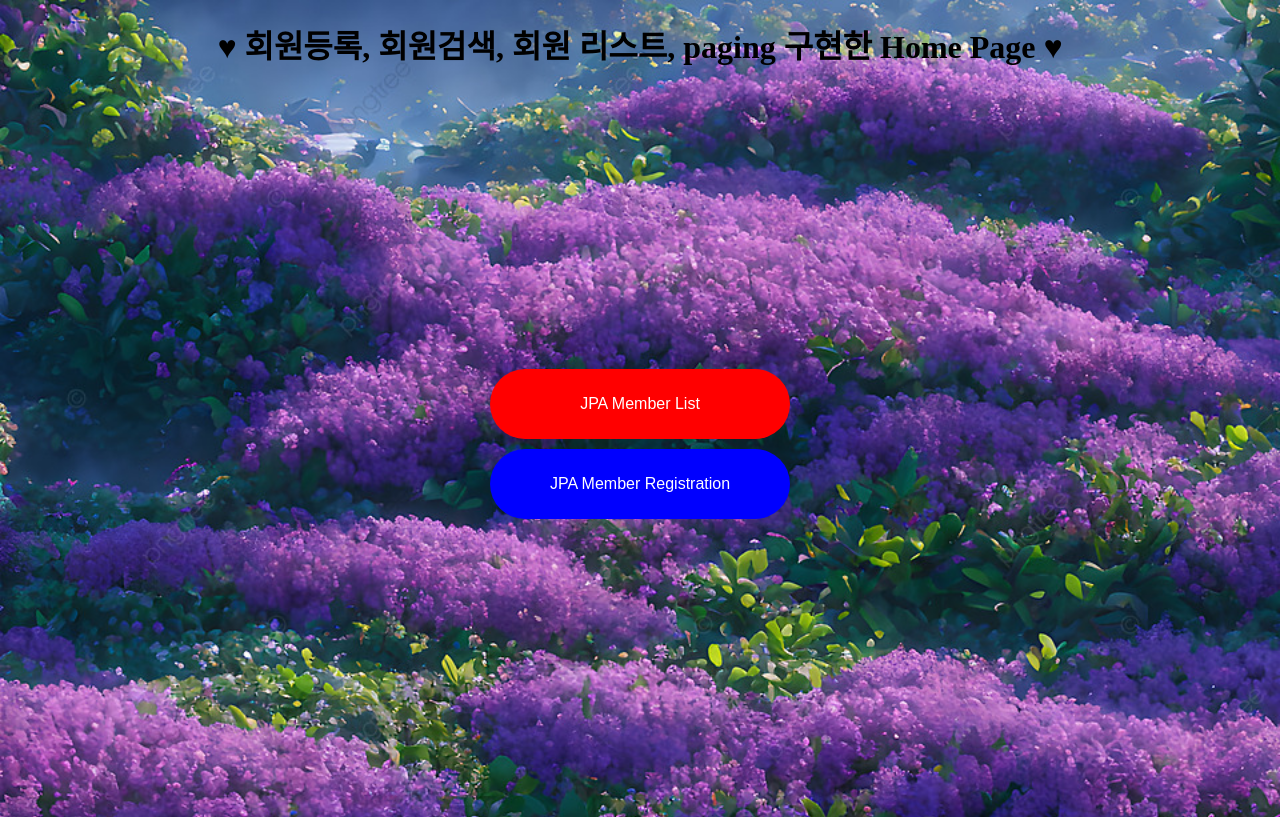
Repository: leejinwon-bite/Gseek-jpa-education
Page: http://localhost/thymeleaf/index
The author's editor kept a copy of each file at every save. The page is drawn from the files as they stood at one save, then again after the next save.
The browser window is 1280 px wide. The pictures show the whole page.
The page is this project's Thymeleaf template; nobody is signed in. The template is opened directly, without the code that normally fills it, so the values that code supplies are empty.

Above is the page before, as saved 2025-02-10 12:47:34.

After the next save:
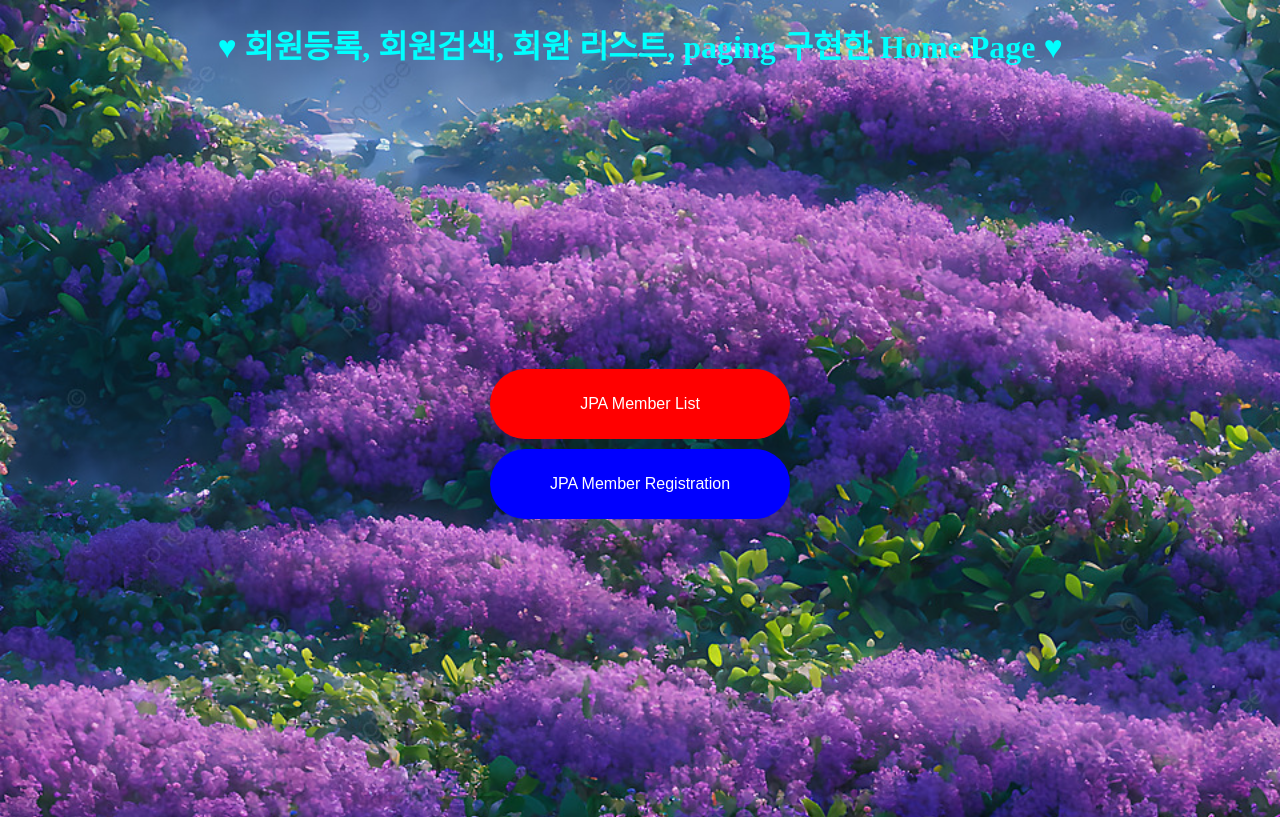
Saved 12 s later.
--- a/jpamember/src/main/resources/templates/thymeleaf/index.html
+++ b/jpamember/src/main/resources/templates/thymeleaf/index.html
@@ -43,7 +43,7 @@
 
   h1{
   	text-align: center;
-  	color: aquamarin;
+  	color: aqua;
   }
 </style>
 
